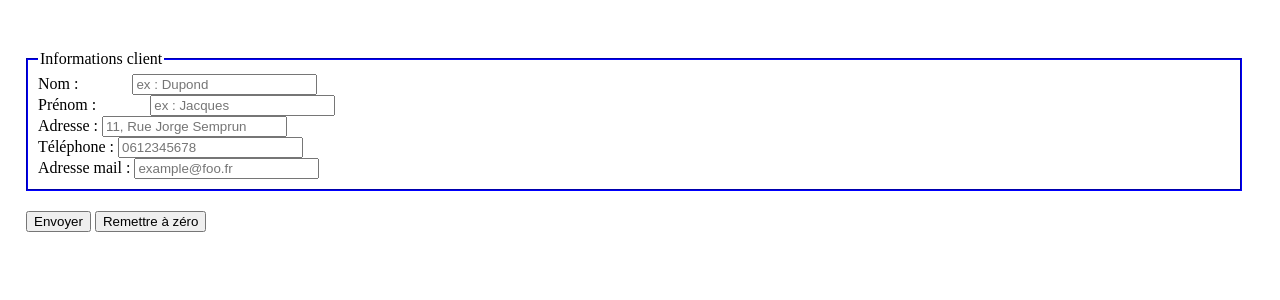
Repository: big73/NFE114
Page: http://localhost/Seance4-step1/formClient.jsp
These files come from the project's save history. The page is drawn as it stood at one moment and after the next save; the edit follows.
The browser window is 1280 px wide. The pictures show the whole page.
The page is served by Tomcat 9. Other server files are loaded and not shown.

Above is the page before, as saved 2015-12-30 14:19:00.

### Seance4-step1/WebContent/formClient.jsp
<%@ page language="java" contentType="text/html; charset=UTF-8"
    pageEncoding="UTF-8"%>
<!DOCTYPE html PUBLIC "-//W3C//DTD HTML 4.01 Transitional//EN" "http://www.w3.org/TR/html4/loose.dtd">
<html>
<head>
<meta http-equiv="Content-Type" content="text/html; charset=UTF-8">
<title>Insert title here</title>
<link rel="stylesheet" href="css/style.css">
</head>
<body>

	<form>
		<fieldset>
		<legend>Informations client</legend>

			<label>Nom : </label>
			<input class="saisie" type="text" placeholder="ex : Dupond" name="nom"><br>

			<label>Prénom : </label>
			<input class="saisie" type="text" placeholder="ex : Jacques" name="prenom"><br>

			<label>Adresse : </label>
			<input type="text" placeholder="11, Rue Jorge Semprun" name="adresse"><br>

			<label>Téléphone : </label>
			<input type="text" placeholder="0612345678" name="phone"><br>

			<label>Adresse mail : </label>
			<input type="text" placeholder="example@foo.fr" name="mail"><br>
		</fieldset>

		<div class="actionneur">
			<input type="submit" value="Envoyer">
			<input type="reset" value="Remettre à zéro">
		</div>
	</form>

</body>
</html>

### Seance4-step1/WebContent/WEB-INF/taglibs.jsp
<%@ page language="java" contentType="text/html; charset=UTF-8" pageEncoding="UTF-8"%>
<%@ taglib uri="http://java.sun.com/jsp/jstl/core" prefix="c" %>
<%@ taglib uri="http://java.sun.com/jsp/jstl/functions" prefix="fn" %>
<!DOCTYPE html PUBLIC "-//W3C//DTD HTML 4.01 Transitional//EN" "http://www.w3.org/TR/html4/loose.dtd">
<html>
<head>
<meta http-equiv="Content-Type" content="text/html; charset=UTF-8">
<title>Taglibs Repo</title>
</head>
<body>

</body>
</html>

### Seance4-step1/WebContent/css/style.css
.actionneur
{
	margin-left : 18px;
}

fieldset {
    border-color: blue;
    margin-top : 50px;
    margin-left : 18px;
    margin-right : 30px;
    margin-bottom : 20px;

    padding-left : 10px;
}

.saisie
{
	margin-left : 50px;;
}

After the next save:
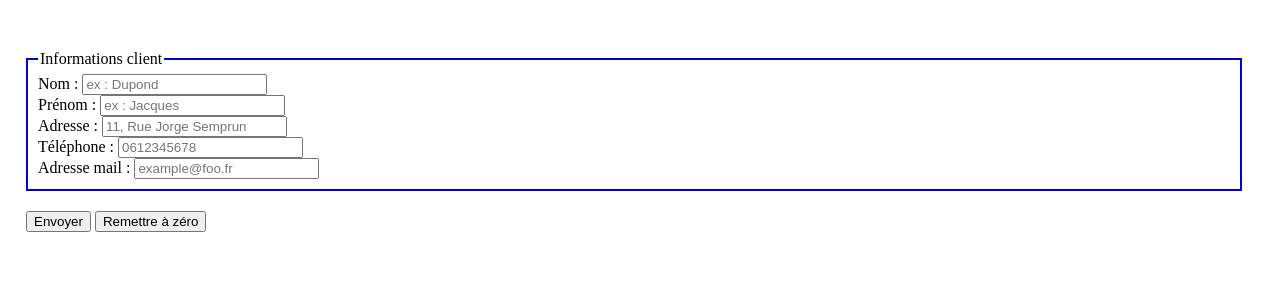
Saved 18 s later.
--- a/Seance4-step1/WebContent/css/style.css
+++ b/Seance4-step1/WebContent/css/style.css
@@ -15,5 +15,5 @@ fieldset {
 
 .saisie
 {
-	margin-left : 50px;;
+	margin-right : 50px;;
 }
